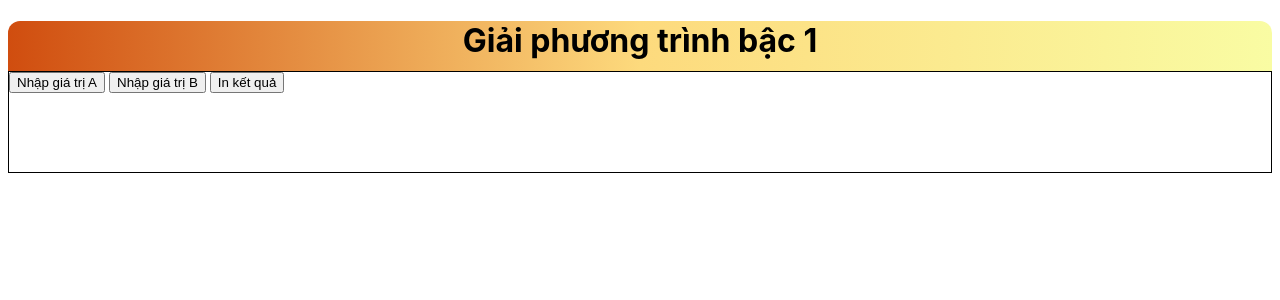
Repository: AnhDuc0125/HTML-Aptech
Page: bt2018/index.html
The author's editor kept a copy of each file at every save. The page is drawn from the files as they stood at one save, then again after the next save.
The browser window is 1280 px wide. The pictures show the whole page.

Above is the page before, as saved 2021-11-26 22:00:11.

After the next save:
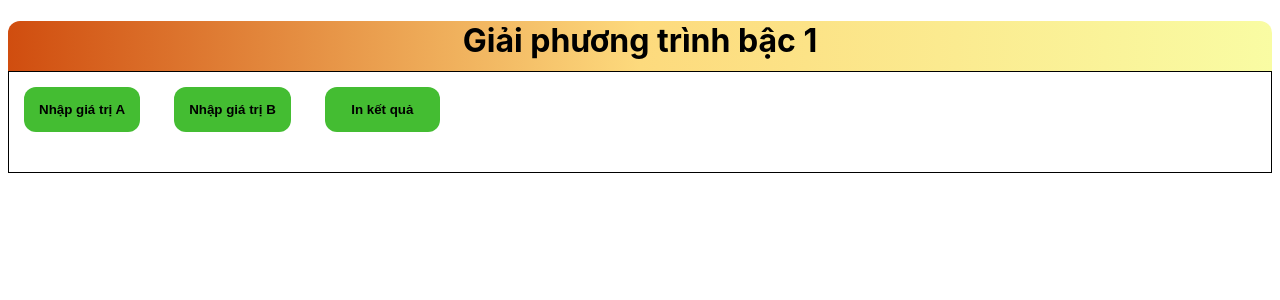
Saved 5 s later.
--- a/bt2018/index.html
+++ b/bt2018/index.html
@@ -25,6 +25,7 @@
             align-items: center;
         }
 
+        button {
             padding: 15px;
             margin: 15px;
             min-width: 115px;
